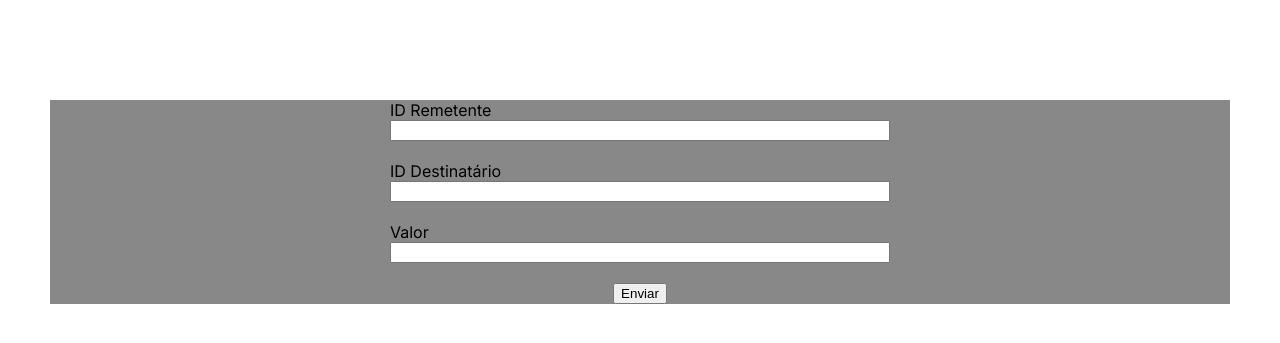
Repository: mateusilva8/tarefa-pix
Page: frontend/pix.html
An editor plug-in stored every save of this project. The page is shown before and after the next save, followed by the edit.
The browser window is 1280 px wide. The pictures show the whole page.

Above is the page before, as saved 2023-10-22 14:03:48.

### frontend/pix.html
<!DOCTYPE html>
<html lang="pt-BR">
<head>
  <meta charset="UTF-8">
  <meta name="viewport" content="width=device-width, initial-scale=1.0">
  <title>PIX</title>
  <link rel="preconnect" href="https://fonts.googleapis.com">
  <link rel="preconnect" href="https://fonts.gstatic.com" crossorigin>
  <link href="https://fonts.googleapis.com/css2?family=Inter:wght@400;700&display=swap" rel="stylesheet">
  <link rel="stylesheet" href="./css/pix.css">
</head>
<body>
    <div class="container">
        <div class="formulario">
            <form id="form">
                <div class="mb-3">
                  <label for="idRemetente" class="form-label">ID Remetente</label>
                  <input type="number" class="form-control" id="idRemetente">
                </div>
                <div class="mb-3">
                  <label for="idDestinatario" class="form-label">ID Destinatário</label>
                  <input type="number" class="form-control" id="idDestinatario">
                </div>
                <div class="mb-3">
                  <label for="valor" class="form-label">Valor</label>
                  <input type="number" class="form-control" id="valor">
                </div>
                <button type="button" class="btn btn-success" id="botaoEnviar">Enviar</button>
              </form>
        </div>
    </div>



  <script src="https://code.jquery.com/jquery-3.3.1.slim.min.js" integrity="sha384-q8i/X+965DzO0rT7abK41JStQIAqVgRVzpbzo5smXKp4YfRvH+8abtTE1Pi6jizo" crossorigin="anonymous"></script>
  <script src="https://cdnjs.cloudflare.com/ajax/libs/popper.js/1.14.3/umd/popper.min.js" integrity="sha384-ZMP7rVo3mIykV+2+9J3UJ46jBk0WLaUAdn689aCwoqbBJiSnjAK/l8WvCWPIPm49" crossorigin="anonymous"></script>
  <script src="./js/pix.js"></script>
</body>
</html>

### frontend/css/pix.css
body {
    margin: 0;
    padding: 0;
    font-family: 'Inter', sans-serif;
}

.container {
    background-color: rgb(136, 136, 136);
    margin-left: 50px;
    margin-right: 50px;
}

.formulario {
    margin-top: 100px;
    width: 100%;
    display: flex;
    flex-direction: column;
    align-items: center;
}

.formulario form {
    width: 500px;
    display: flex;
    flex-direction: column;
    align-items: center;
}

.mb-3 {
    display: flex;
    flex-direction: column;
    width: 100%;
    margin-bottom: 20px;
}

### frontend/js/pix.js
let idRemetente = document.getElementById('idRemetente');
let idDestinatario = document.getElementById('idDestinatario');
let valor = document.getElementById('valor')


async function realizarPix () {
    let payload = {
        senderId: idRemetente.value,
        recipientId: idDestinatario.value,
        value: valor.value,
      };

      let resposta = await fetch(`http://localhost:3000/pix-api/pix`, {
        method: 'POST',
        headers: {
            "Content-type" : 'application/json',
            "Acccept": 'appplication/json'
        },
        body: JSON.stringify(payload)
      });

      let mensagem = await resposta.json()

      if (mensagem.mensagem) {
          console.log(mensagem);
          alert(mensagem.mensagem);
      }else {
        console.log(mensagem);
        if (mensagem.error == 'The attribute "value" is required.')
        alert('Digite um valor válido');
        if (mensagem.error == 'The attribute "senderId" is required.')
        alert('Informe o ID do remetente');
        if (mensagem.error == 'The attribute "recipientId" is required.')
        alert('Informe o ID do destinatário');
      }

}

let botaoPix = document.getElementById('botaoEnviar');
  botaoPix.addEventListener('click', () => {
    realizarPix();
  })

After the next save:
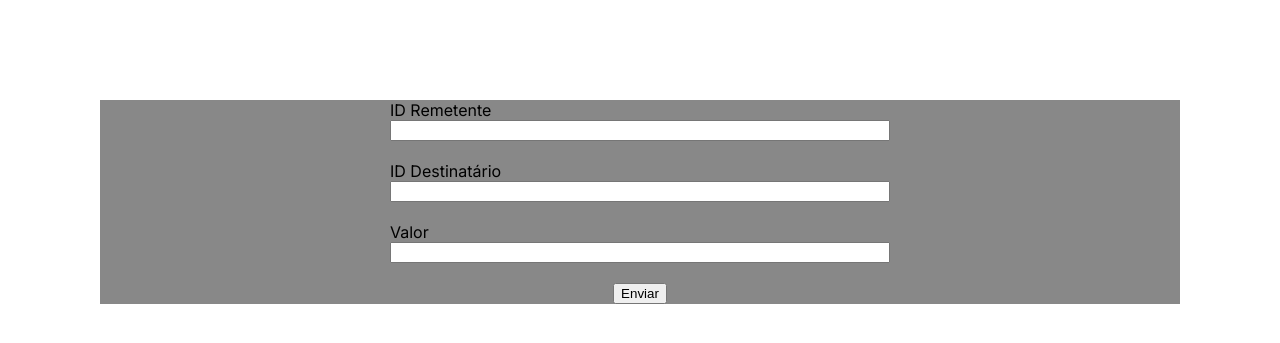
Saved 18 s later.
--- a/frontend/css/pix.css
+++ b/frontend/css/pix.css
@@ -6,8 +6,7 @@ body {
 
 .container {
     background-color: rgb(136, 136, 136);
-    margin-left: 50px;
-    margin-right: 50px;
+    margin: 100px;
 }
 
 .formulario {
